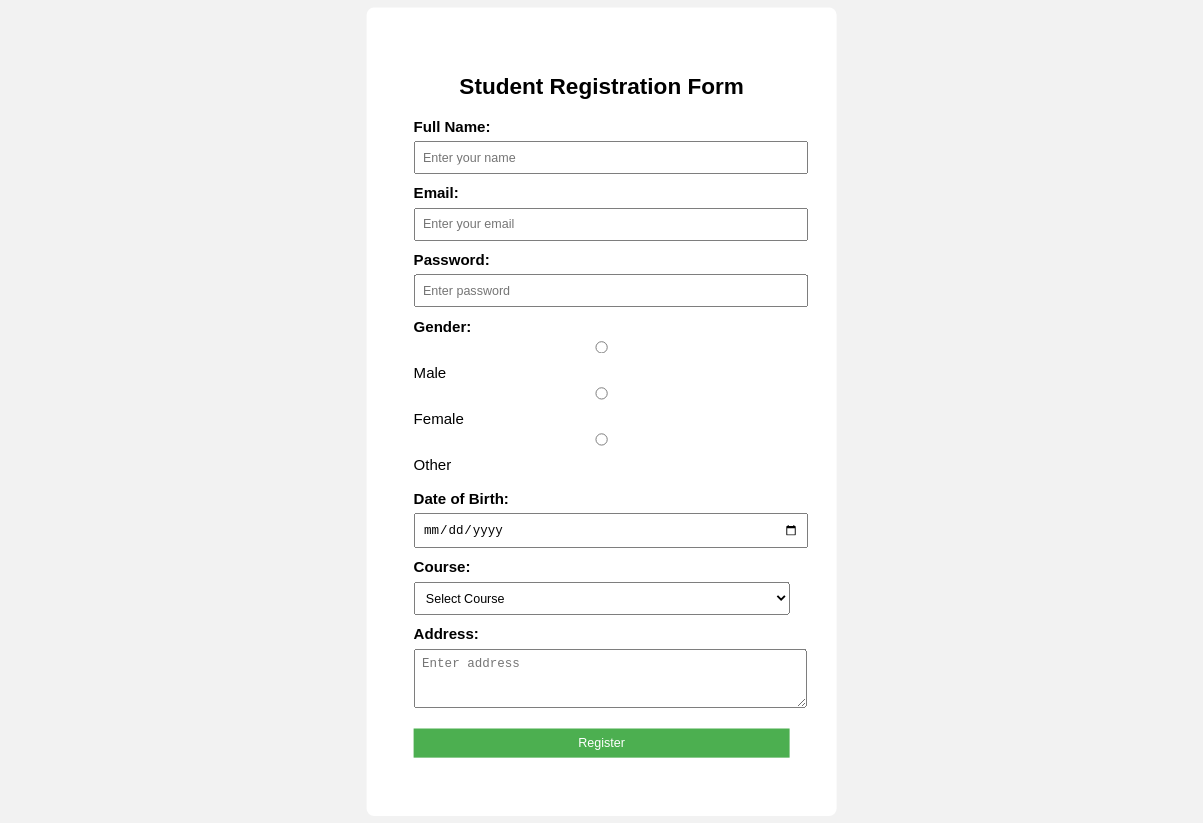
Repository: Tanvisalunkhe/Java_Codes
Page: demo/src/main/webapp/register.html
The author's editor kept a copy of each file at every save. The page is drawn from the files as they stood at one save, then again after the next save.
The browser window is 1280 px wide. The pictures show the whole page, at 94% of full size.

Above is the page before, as saved 2025-12-26 06:45:14.

After the next save:
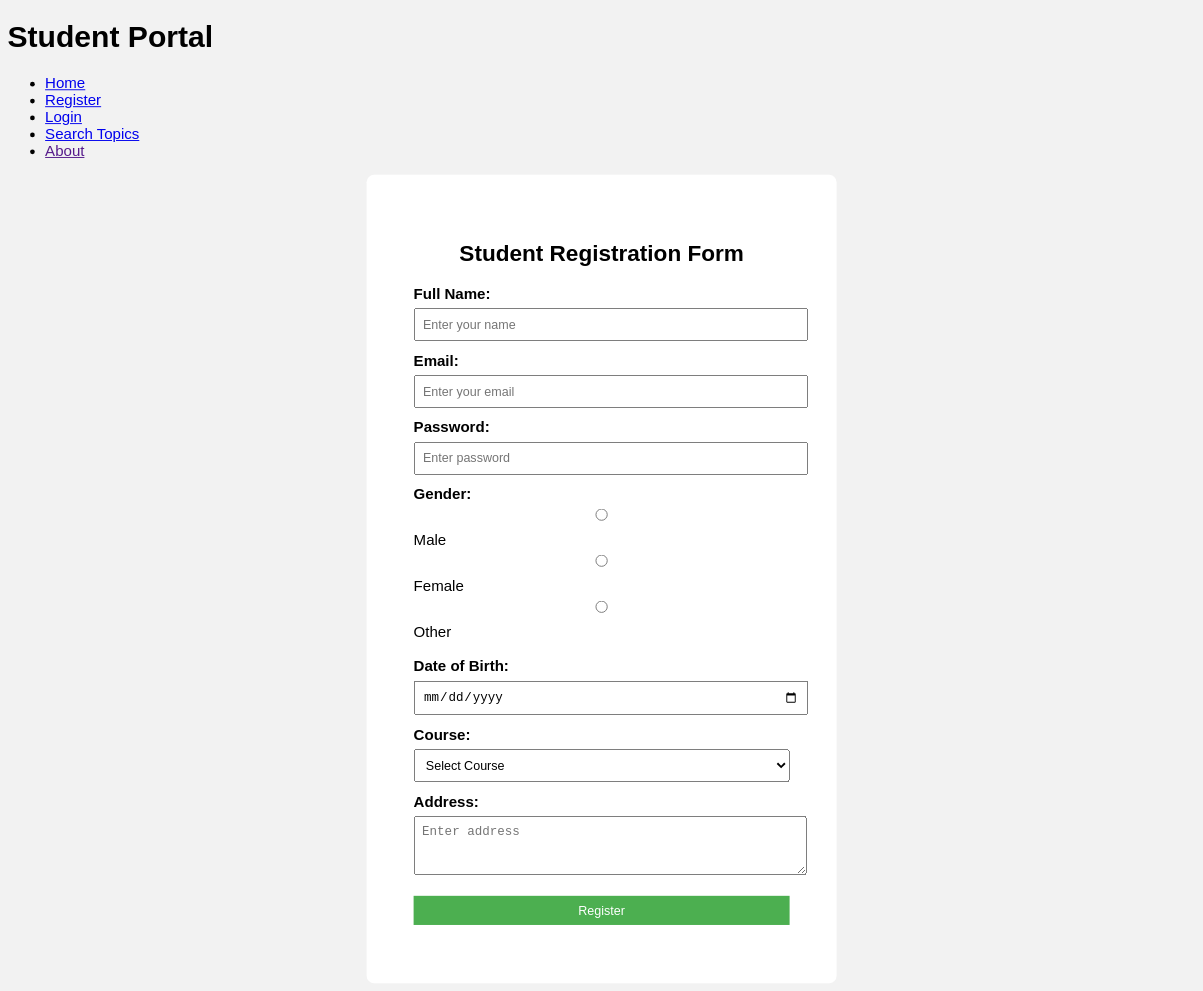
Saved 34 s later.
--- a/demo/src/main/webapp/register.html
+++ b/demo/src/main/webapp/register.html
@@ -38,6 +38,18 @@
 </head>
 
 <body>
+   <!-- Navigation Bar -->
+    <div class="navbar">
+        <h1>Student Portal</h1>
+        <ul>
+            <li><a href="#">Home</a></li>
+            <li><a href="register.html">Register</a></li>
+            <li><a href="login.html">Login</a></li>
+            <li><a href="Search.html">Search Topics</a></li>
+            <li><a href="">About</a></li>
+        </ul>
+    </div>
+
 
 <div class="container">
     <h2>Student Registration Form</h2>
